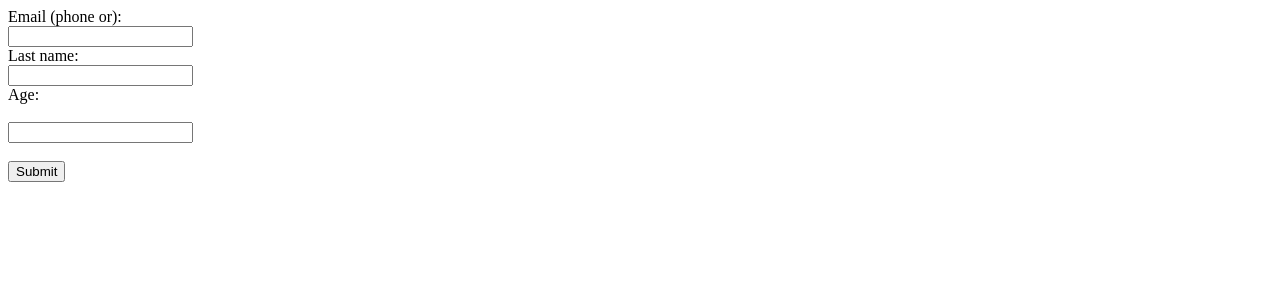
Repository: brittmarie333/replica
Page: index.html
These files come from the project's save history. The page is drawn as it stood at one moment and after the next save; the edit follows.
The browser window is 1280 px wide. The pictures show the whole page.

Above is the page before, as saved 2023-11-12 14:23:55.

After the next save:
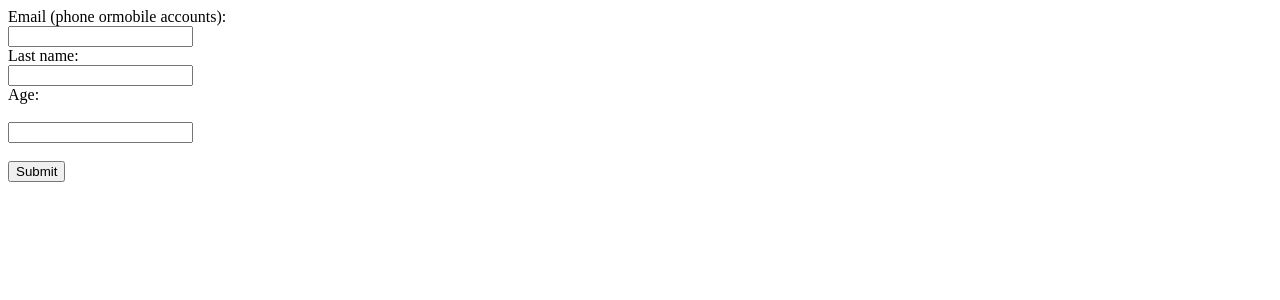
Saved 6 s later.
--- a/index.html
+++ b/index.html
@@ -7,7 +7,7 @@
 </head>
 <body>
     <form action="/data.php">
-        <label for="username">Email (phone or):</label><br>
+        <label for="username">Email (phone ormobile accounts):</label><br>
         <input type="text" id="fname" name="fname"><br>
         <label for="lname">Last name:</label><br>
         <input type="text" id="lname" name="lname" ><br>
